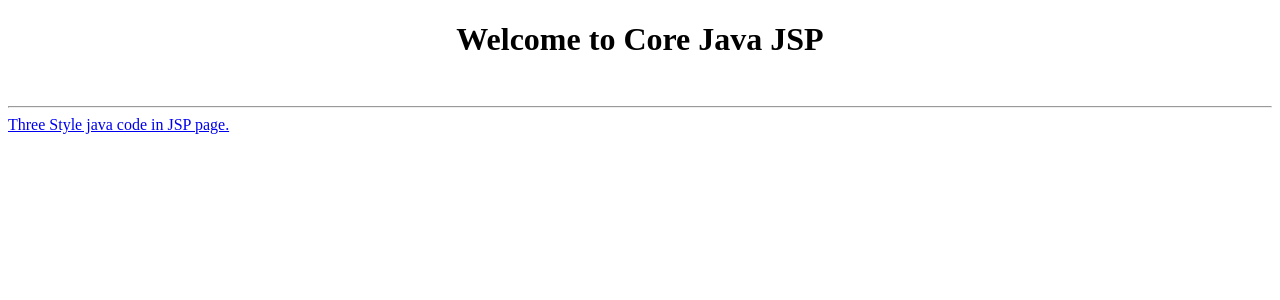
Repository: imrangthub/BlogUsingCoreJava
Page: http://localhost/StartingJsp_00/
The author's editor kept a copy of each file at every save. The page is drawn from the files as they stood at one save, then again after the next save.
The browser window is 1280 px wide. The pictures show the whole page.
The page is served by Tomcat 9. Other server files are loaded and not shown.

Above is the page before, as saved 2016-12-24 03:51:44.

### StartingJsp_00/WebContent/index.jsp
<%@ page language="java" contentType="text/html; charset=ISO-8859-1"
    pageEncoding="ISO-8859-1"%>
<!DOCTYPE html PUBLIC "-//W3C//DTD HTML 4.01 Transitional//EN" "http://www.w3.org/TR/html4/loose.dtd">
<html>
<head>
<meta http-equiv="Content-Type" content="text/html; charset=ISO-8859-1">
<title>Insert title here</title>
</head>
<body>

<h1 align="center">Welcome to Core Java JSP</h1><br/>
<hr>
<a href="threeStyleOfScriptInJSP.jsp"> Three Style java code in JSP page.</a>


</body>
</html>

After the next save:
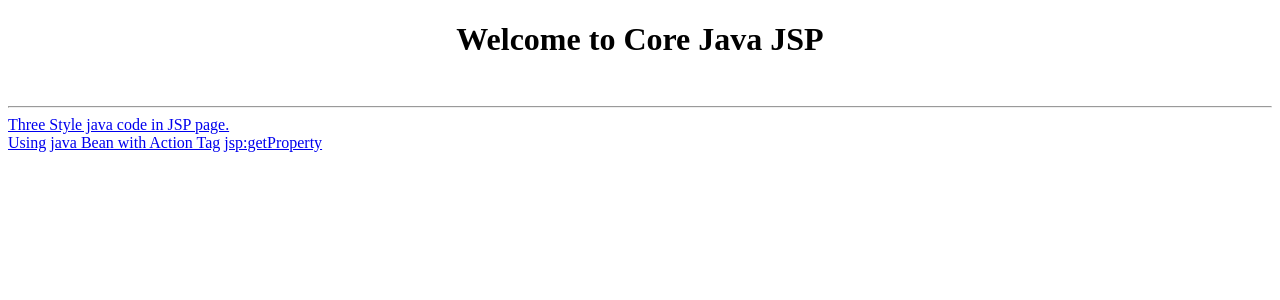
Saved 51 s later.
--- a/StartingJsp_00/WebContent/index.jsp
+++ b/StartingJsp_00/WebContent/index.jsp
@@ -10,7 +10,8 @@
 
 <h1 align="center">Welcome to Core Java JSP</h1><br/>
 <hr>
-<a href="threeStyleOfScriptInJSP.jsp"> Three Style java code in JSP page.</a>
+<a href="threeStyleOfScriptInJSP.jsp"> Three Style java code in JSP page.</a><br>
+<a href="usingJavaBeanWithJavaActionTag.jsp">Using java Bean with Action Tag jsp:getProperty</a>
 
 
 </body>
